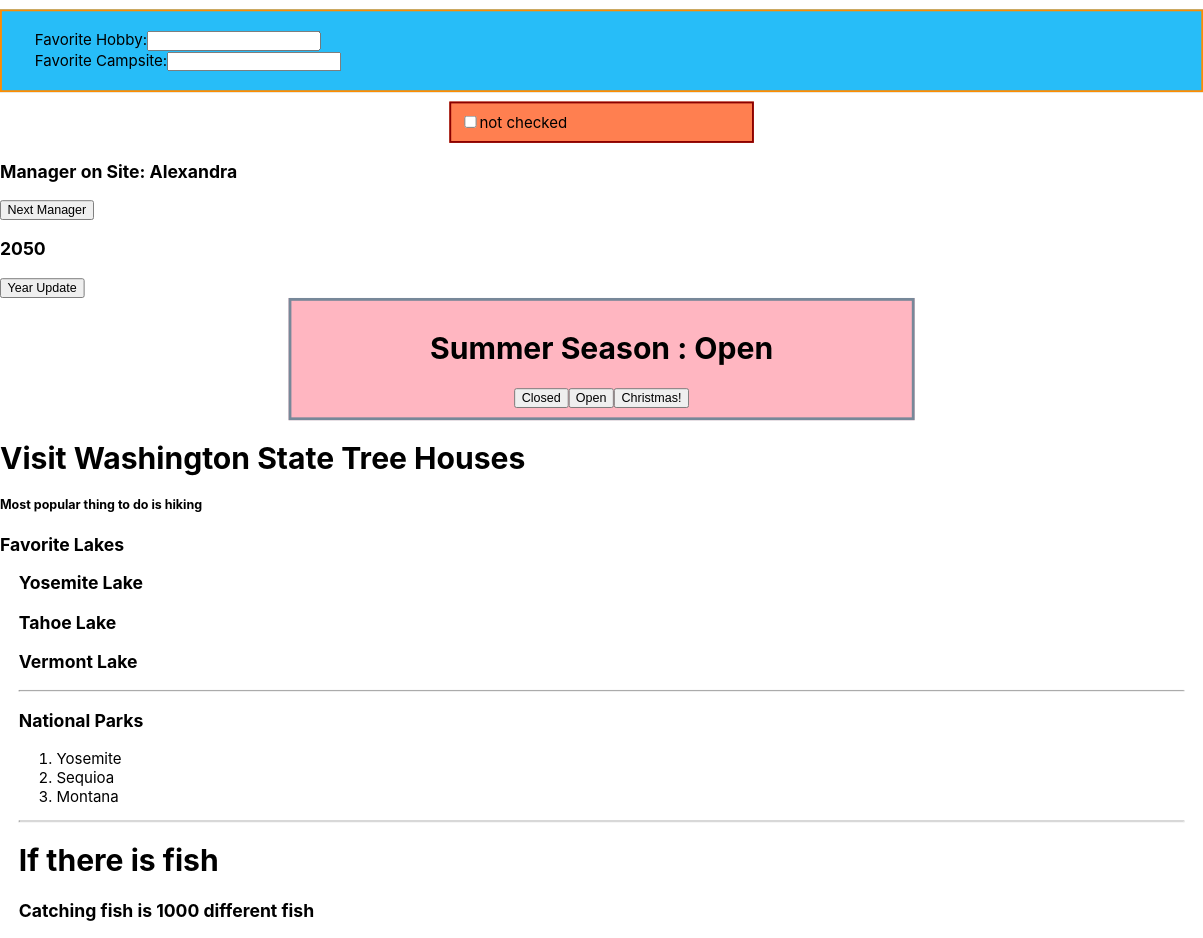
Repository: CaptainStorm21/intro-react-hooks
Page: /
The author's editor kept a copy of each file at every save. The page is drawn from the files as they stood at one save, then again after the next save.
The browser window is 1280 px wide. The pictures show the whole page, at 94% of full size.
The project was rebuilt for these pictures with package versions that can differ from the ones it lists, and the page was loaded fresh each time.

Above is the page before, as saved 2020-05-28 20:03:32.

### src/index.js
import React from "react";
import ReactDOM from "react-dom";
import "./index.css";
import Fragment from "./Fragment"
import UseEffect from "./UseEffect";
import Github from './Github';

const nationalParkList = ["Yosemite", "Sequioa", "Montana"];
const campingList = [
  {
    id: 0,
    name: "Mulberry Camp",
    location: " South Montana",
  },
  {
    id: 1,
    name: "Volga Camp",
    location: "Oregon",
  },
  {
    id: 2,
    name: "Captain Camp",
    location: "East Montana",
  },
  {
    id: 3,
    name: "Blue Dunes Camp",
    location: "South Montana",
  },
];

function Lake({ name }) {
  return <h3>{name}</h3>;
}

function Fishing({ abundant }) {
  return (
    < div >
      <h3> Catching fish is {abundant}</h3>
    </div >
  )
}

function Icehole ({ icefishing }) {
  return (
    < div >
      <h3> Winter Fish is {icefishing}</h3>
    </div >
  )
}

function MontanaFall() {
  return (
    <div>
      <h3>Come see Montana!</h3>
      <hr></hr>
      <div className="campstyle">
        {campingList.map((camp) => (
          <div key={camp.id}>
            <h4>{camp.name}</h4>
            <p>Location:{camp.location}</p>
          </div>
        ))}
      </div>
    </div>
  );
}

function SkiResort({thingstodo}) {
  return (
    <div>
      <h1>Visit Washington State Tree Houses</h1>
      <h5>Most popular thing to do is {thingstodo}</h5>
      <div className = "github">
        <Github/>
      </div>
    </div>
  );
}
function App(props) {

  if (props.season === "fall") {
    return <MontanaFall />;
  } else if (props.season === "summer"){
    return (
      <div>
        <UseEffect />
        <Fragment />

        <SkiResort  thingstodo="hiking"/>
        <h3>Favorite Lakes</h3>
        <div className="lakestyle">
          <Lake name="Yosemite Lake" />
          <Lake name="Tahoe Lake" />
          <Lake name="Vermont Lake" />
          <hr></hr>
          <h3>National Parks</h3>
          <ol>
            {props.parks.map((park) => (
              <li>{park}</li>
            ))}
          </ol>
          <hr></hr>
          <h1>If there is fish</h1>
          <div>
            {props.season === "summer" ? (
              <Fishing abundant="1000 different fish" />
            ) : props.season === "winter" ? (
              <Icehole icefishing="A lot of pikes" />
            ) : (<h1>Wanna stay home?</h1>)}
            </div>
        </div>
      </div>
    );
  }
}

// function Hello({ library, message, books }) {
//   return (
//     <div>
//       <h1>Hello {library}</h1>
//       <h4>books avail to rent {books}</h4>
//       <h5>Hours: {message}</h5>
//     </div>
//   )
// }

// function Hello(props) {
//   console.log(props);
//   console.log(Object.keys(props));
//   return (
//     <div>
//       <h1>Hello from {props.library}</h1>
//       <h3>{props.message}</h3>
//       <h4> books available to rent - {props.books}</h4>
//       <h5>Props used - {Object.keys(props).length}</h5>
//     </div>
//   )
// }

// function Hello() {
//   return (
//     <div>
//       <p> rendering is happening </p>
//       <h1>Hello world!</h1>
//     </div>
//   )
// }
ReactDOM.render(
  //  React.createElement("h1", null, "Hello"),
  // React.createElement("h1", { style: { color: "red" } }, "Hello"),
  // React.createElement("div", { style: { color: "blue" } },
  // React.createElement("h1", null, "Morning")  ),
  // <ul>
  //   <li>Pizza</li>
  //   <li>Sushi</li>
  // </ul>,
  // /* <Hello></Hello>, */
  // <Hello library="Washington Library" message="Open for all " books={10}/>,
  <App parks={nationalParkList} season="summer" />,
  document.getElementById("root")
);

### src/index.css
body {
  margin: 0;
  font-family: -apple-system, BlinkMacSystemFont, 'Segoe UI', 'Roboto', 'Oxygen',
    'Ubuntu', 'Cantarell', 'Fira Sans', 'Droid Sans', 'Helvetica Neue',
    sans-serif;
  -webkit-font-smoothing: antialiased;
  -moz-osx-font-smoothing: grayscale;
}

code {
  font-family: source-code-pro, Menlo, Monaco, Consolas, 'Courier New',
    monospace;
}

.lakestyle, .campstyle {
  padding-left: 20px;
  padding-right: 20px;
}

.div-style{
  padding: 10px;
  border: 3px solid lightslategray;
  width: 50%;
  margin: 0 auto;
  background-color: lightpink;
  text-align: center;
}

label{
  padding-left: 15px;
  padding-right: 15px;
}
.blue-div{
  background-color: rgb(39, 189, 248);
  margin: 0 auto;
  padding: 20px;
  border: 2px solid darkorange;
  margin-top: 10px;
  margin-bottom: 10px;

}

.checkbox-div{
  background-color: coral;
  padding: 10px;
  width: 300px;
  border: 2px solid darkred;
  margin: 0 auto;
}

### src/Fragment.js
import React, { useState } from "react";
import "./App.css";
import Checkbox from './Checkbox'

// const [first, second, third, fouth] = ["Mary", "Katy", "Ludwig", "Stephen"];

// function Kids() {
//   return <h1>Children at play!</h1>;
// }

// function Kayak() {
//   return (
//     <div>
//       <h2> Kayaking going on </h2>
//     </div>
//   );
// }

function Fragment() {
    const [year, setYear] = useState(2050)
    const [manager, setManager] = useState('Alexandra')
    const [status, setStatus] = useState("Open");
  return (
      <>
          <div className = "checkbox-div">
              <Checkbox/>
          </div>
      <div>
        <h3>Manager on Site: {manager}</h3>
        <button onClick={() => setManager("Mary Anne")}>Next Manager</button>
      </div>
      <div>
        <h3>{year}</h3>
        <button onClick={() => setYear(year+1)}>Year Update</button>
      </div>
      <div className="div-style">
        <h1>Summer Season : {status}</h1>
        <button onClick={() => setStatus("Closed")}>Closed</button>
        <button onClick={() => setStatus("Open")}>Open</button>
        <button onClick={() => setStatus("Gone to Santa's!")}>
          Christmas!
        </button>
      </div>
    </>
  );
}



// function Fragment() {
//   return (
//     <>
//       <div className="div-style">
//         <Kayak />
//         <Kids />
//       </div>
//     </>
//   );
// }

export default Fragment;

### src/UseEffect.js
import React, { useState, useEffect } from 'react'

export default function UseEffect() {
    const [val, setVal] = useState("");
        const [val2, setVal2] = useState("");

    useEffect(() => {
        console.log(`field 1 : ${val}`)
    }, [val])

        useEffect(() => {
        console.log(`field 2 : ${val2}`)
    }, [val, val2])



    return (
      <div className="blue-div">
        <label>
          Favorite Hobby:
          <input value={val} onChange={(e) => setVal(e.target.value)} />
        </label>
        <br />
        <label>
          Favorite Campsite:
          <input value={val2} onChange={(e) => setVal2(e.target.value)} />
        </label>
      </div>
    );
}

### src/Github.js
import React, { useState, useEffect } from "react";

export default function Github() {
    return (
        <div>

        </div>
    )
}

### src/App.css
.App {
  text-align: center;
}

.App-logo {
  height: 40vmin;
  pointer-events: none;
}

@media (prefers-reduced-motion: no-preference) {
  .App-logo {
    animation: App-logo-spin infinite 20s linear;
  }
}

.App-header {
  background-color: #282c34;
  min-height: 100vh;
  display: flex;
  flex-direction: column;
  align-items: center;
  justify-content: center;
  font-size: calc(10px + 2vmin);
  color: white;
}

.App-link {
  color: #61dafb;
}

@keyframes App-logo-spin {
  from {
    transform: rotate(0deg);
  }
  to {
    transform: rotate(360deg);
  }
}

.github{
  background-color: lightgoldenrodyellow
}

### src/Checkbox.js
import React, { useState, useEffect } from "react";

export default function Checkbox() {
    const [checked, setChecked] = useState(false);
    useEffect(() => {
        alert(` checked: ${checked.toString()}`);
    });
    return (
    <>
            <input type="checkbox"
                value={checked}
                onChange={ () => setChecked (checked => !checked )  } />
            {checked ? "checked" : "not checked"}
    </>
  )
}

Loaded but not shown: public/index.html (common file)

After the next save:
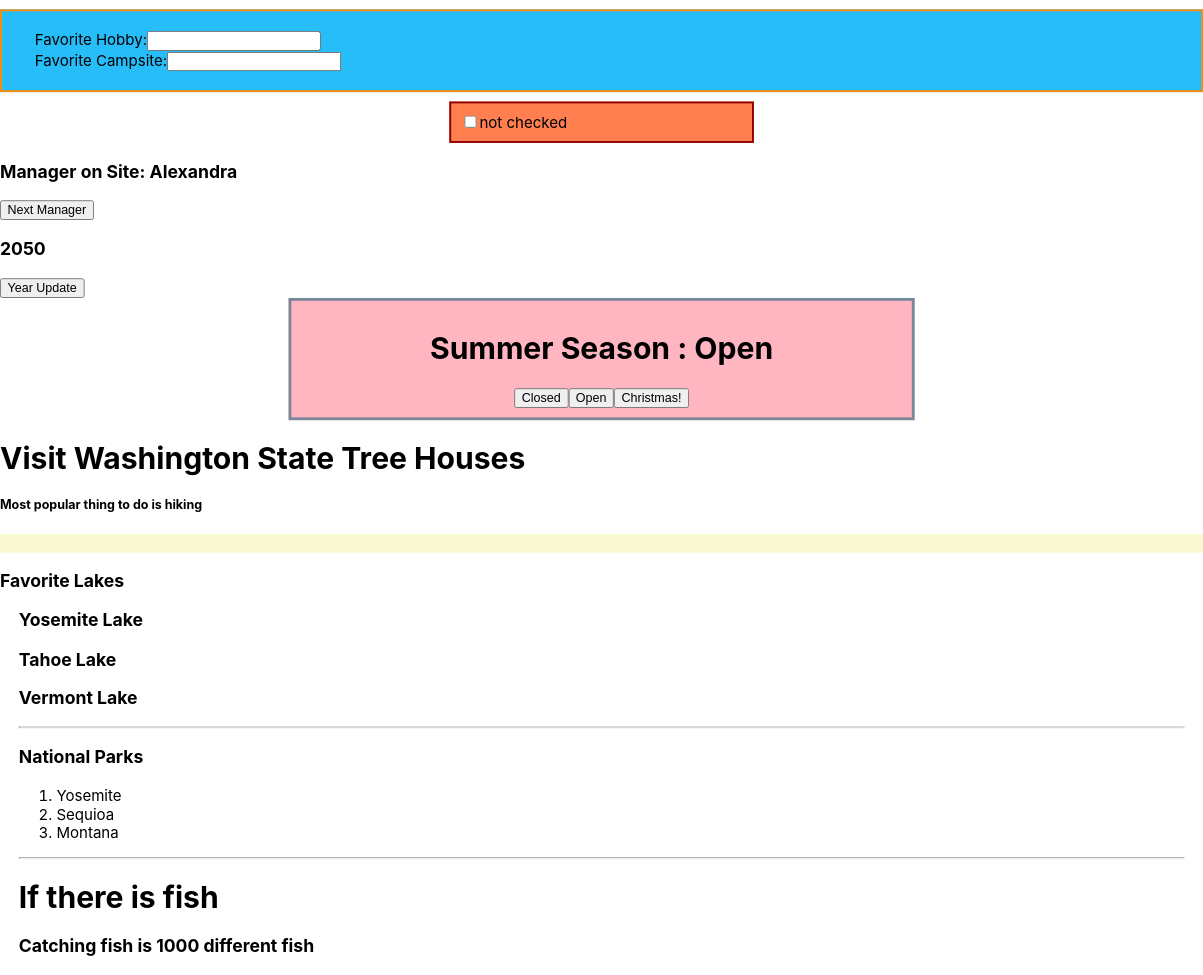
Saved 8 s later.
--- a/src/App.css
+++ b/src/App.css
@@ -38,5 +38,7 @@
 }
 
 .github{
-  background-color: lightgoldenrodyellow
+  background-color: lightgoldenrodyellow;
+  padding: 10px;
+
 }
